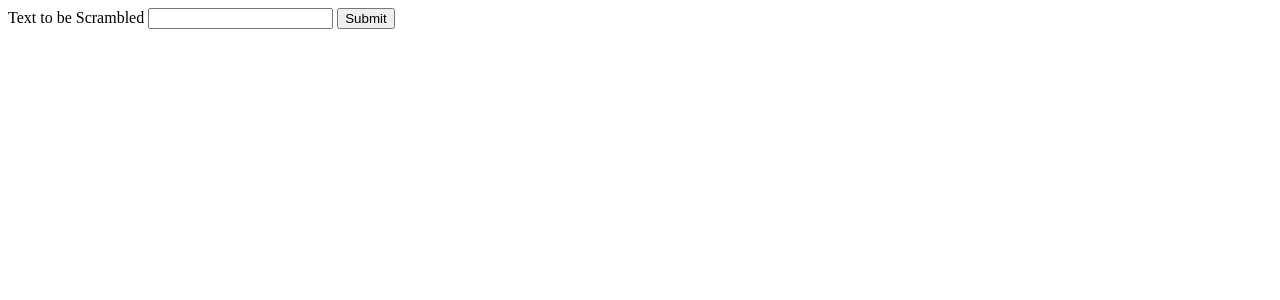
Repository: sunkim96/cosw30
Page: homework/homework4/quote.html
The author's editor kept a record of every edit. The page is drawn from the files as they stood at one moment, then again after the next edit.
The browser window is 1280 px wide. The pictures show the whole page.

Above is the page before.

After the next edit:
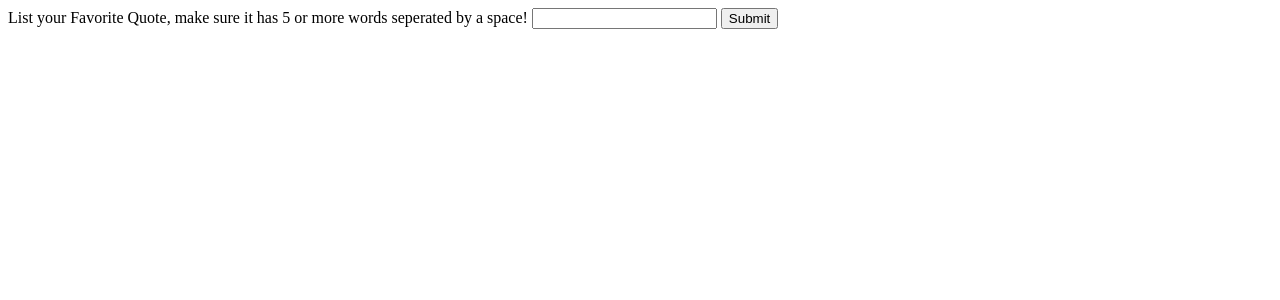
The edit:
--- a/homework/homework4/quote.html
+++ b/homework/homework4/quote.html
@@ -7,7 +7,8 @@
     <body>
 
         <form action="quote_process.php" method="POST">
-            <label for="">Text to be Scrambled</label>
+            <label for="">List your Favorite Quote,
+            make sure it has 5 or more words seperated by a space! </label>
             <input type="text" id="text" name="text">
 
 
